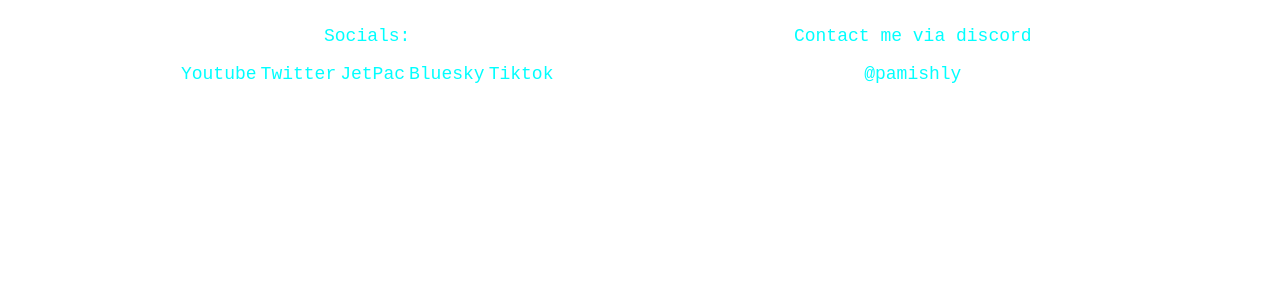
Repository: Pamishly/resources
Page: footer.html
The author's editor kept a copy of each file at every save. The page is drawn from the files as they stood at one save, then again after the next save.
The browser window is 1280 px wide. The pictures show the whole page.

Above is the page before, as saved 2025-01-26 01:21:24.

After the next save:
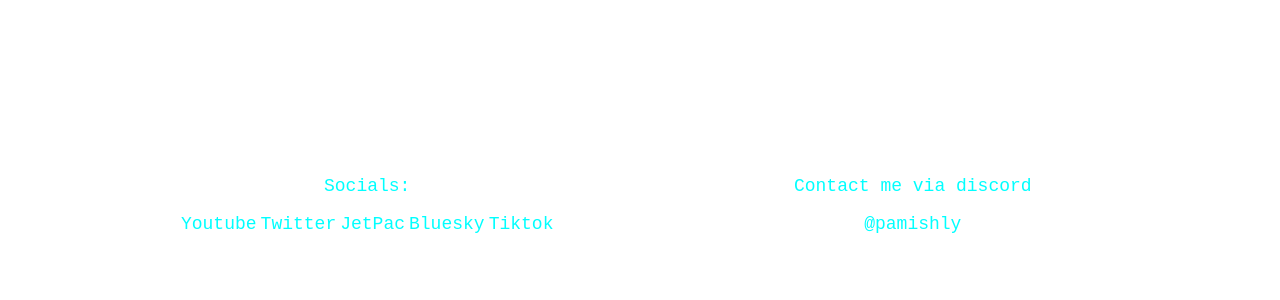
Saved 25 s later.
--- a/footer.html
+++ b/footer.html
@@ -25,7 +25,7 @@
         justify-content: center;
         gap: 40px;
         height: 30%;
-        padding-bottom: 150px;
+        padding-top: 150px;
     }
     #contact {
         width: 40%;

After the save that followed:
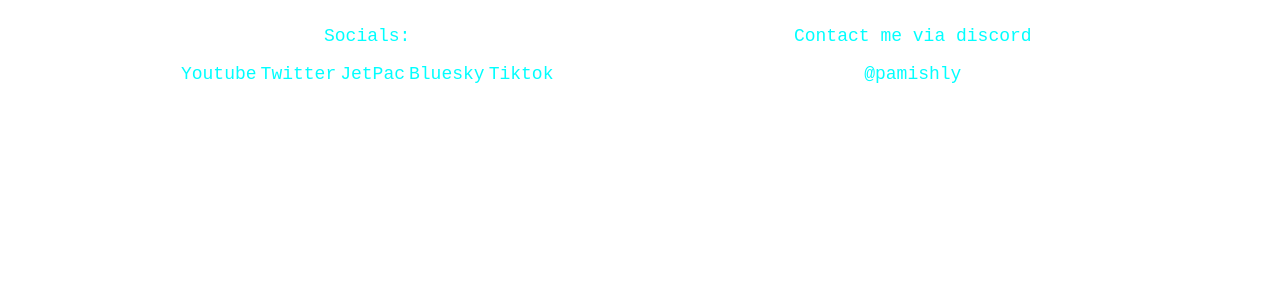
Saved 10 s later.
--- a/footer.html
+++ b/footer.html
@@ -25,7 +25,7 @@
         justify-content: center;
         gap: 40px;
         height: 30%;
-        padding-top: 150px;
+        padding-top: -15px;
     }
     #contact {
         width: 40%;
